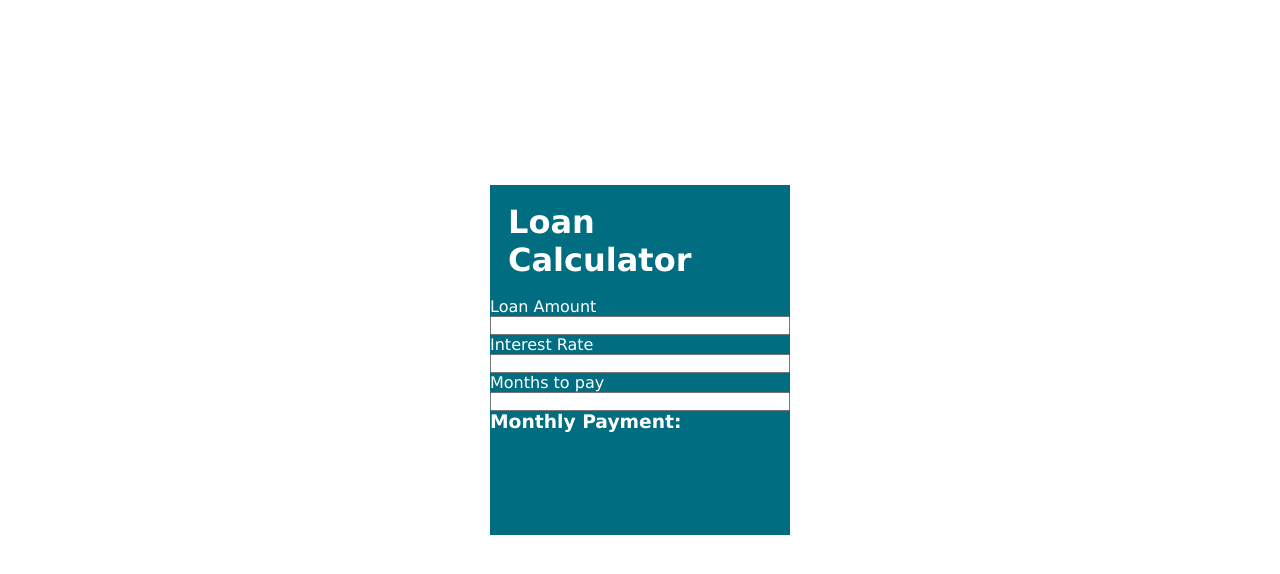
Repository: Ankitkr2021/Loan-Calculator
Page: index.html
An editor plug-in stored every save of this project. The page is shown before and after the next save, followed by the edit.
The browser window is 1280 px wide. The pictures show the whole page.

Above is the page before, as saved 2025-10-28 08:52:24.

### index.html
<!DOCTYPE html>
<html lang="en">
<head>
    <meta charset="UTF-8">
    <meta name="viewport" content="width=device-width, initial-scale=1.0">
    <title>Loan Calculator</title>
    <link rel="stylesheet" href="./style.css">
</head>
<body>
    <div class="box">
        <h1>Loan Calculator</h1>
        <span>Loan Amount</span>
        <input type="number">
        <span>Interest Rate</span>
        <input type="number">
        <span>Months to pay</span>
        <input type="number">
        <h3>Monthly Payment:<span></span></h3>
    </div>
</body>
</html>

### style.css
*{
    margin: 0;
    padding: 0;
    box-sizing: border-box;
    font-family:'Lucida Sans', 'Lucida Sans Regular', 'Lucida Grande', 'Lucida Sans Unicode', Geneva, Verdana, sans-serif;
}

body{
    display: flex;
    align-items: center;
    justify-content: center;
    height: 100vh;
    width: 100%;
}

.box{
    display: flex;
    flex-direction: column;
    background: rgb(0, 109, 128);
    color: #fff;
    height: 350px;
    width: 300px;
}

h1{
    padding: 18px;
}

span {

}

After the next save:
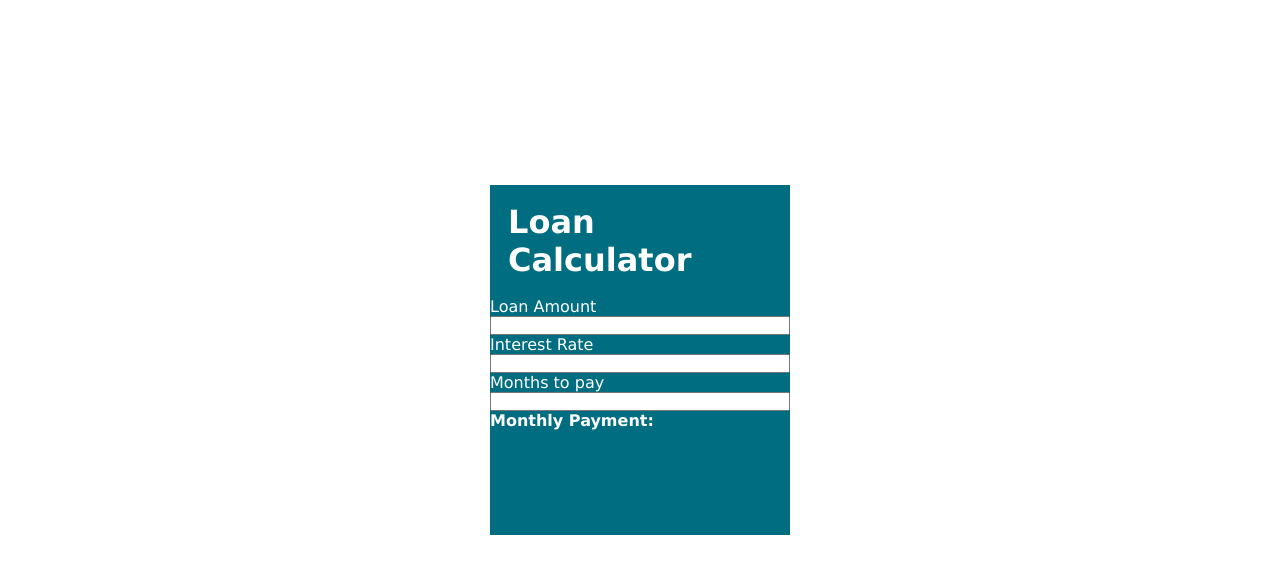
Saved 4 s later.
--- a/index.html
+++ b/index.html
@@ -15,7 +15,7 @@
         <input type="number">
         <span>Months to pay</span>
         <input type="number">
-        <h3>Monthly Payment:<span></span></h3>
+        <h4>Monthly Payment:<span></span></h4>
     </div>
 </body>
 </html>
